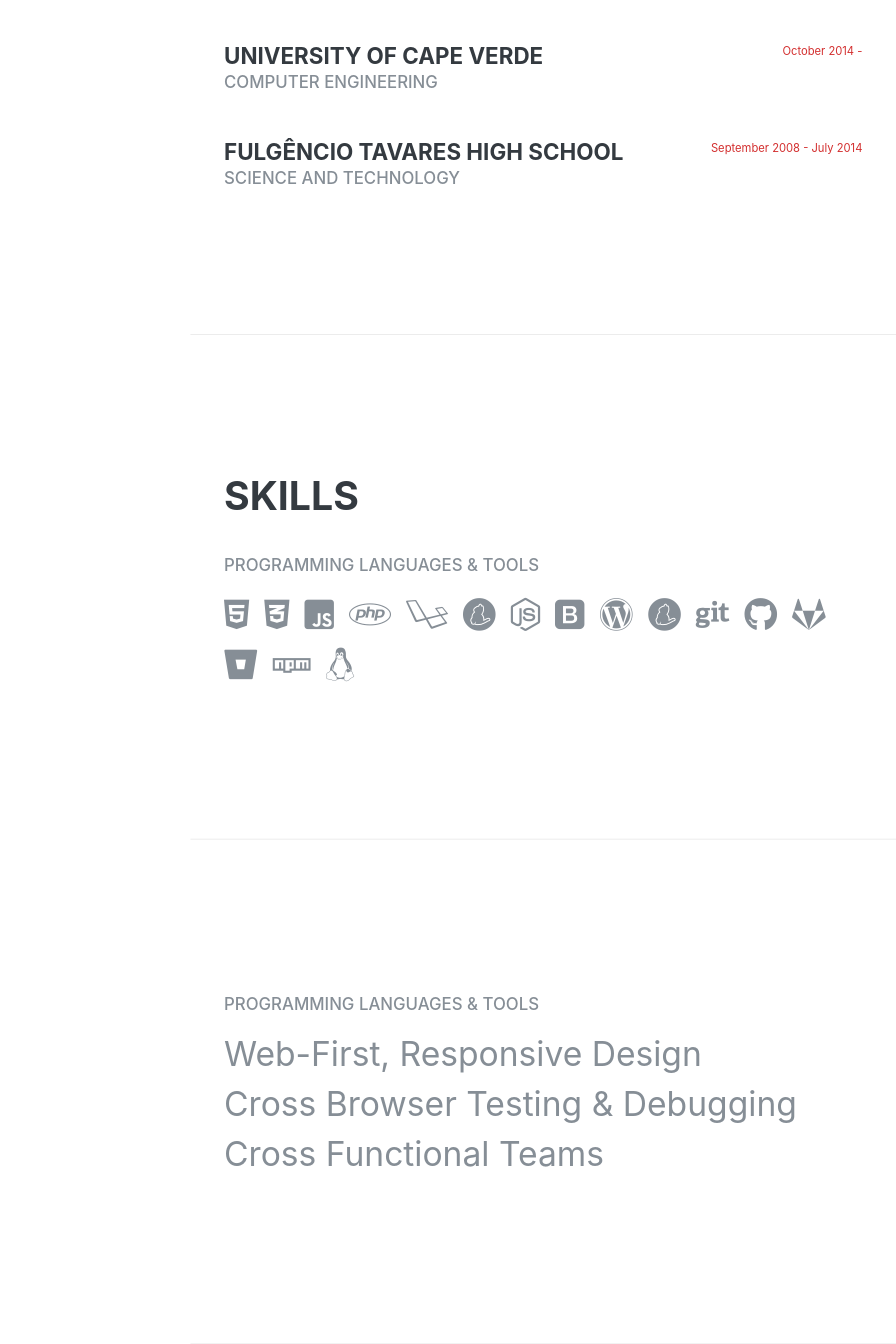
Repository: kcfurtado/kcfurtado.github.io
Page: index.html
The author's editor kept a copy of each file at every save. The page is drawn from the files as they stood at one save, then again after the next save.
The browser window is 1280 px wide. The pictures show the part of the page from y = 1923 to 3843 px (the page is 3843 px tall), at 70% of full size.
Some web fonts or font styles are not loaded; a fallback is used.

Above is the page before, as saved 2020-04-04 12:11:50.

After the next save:
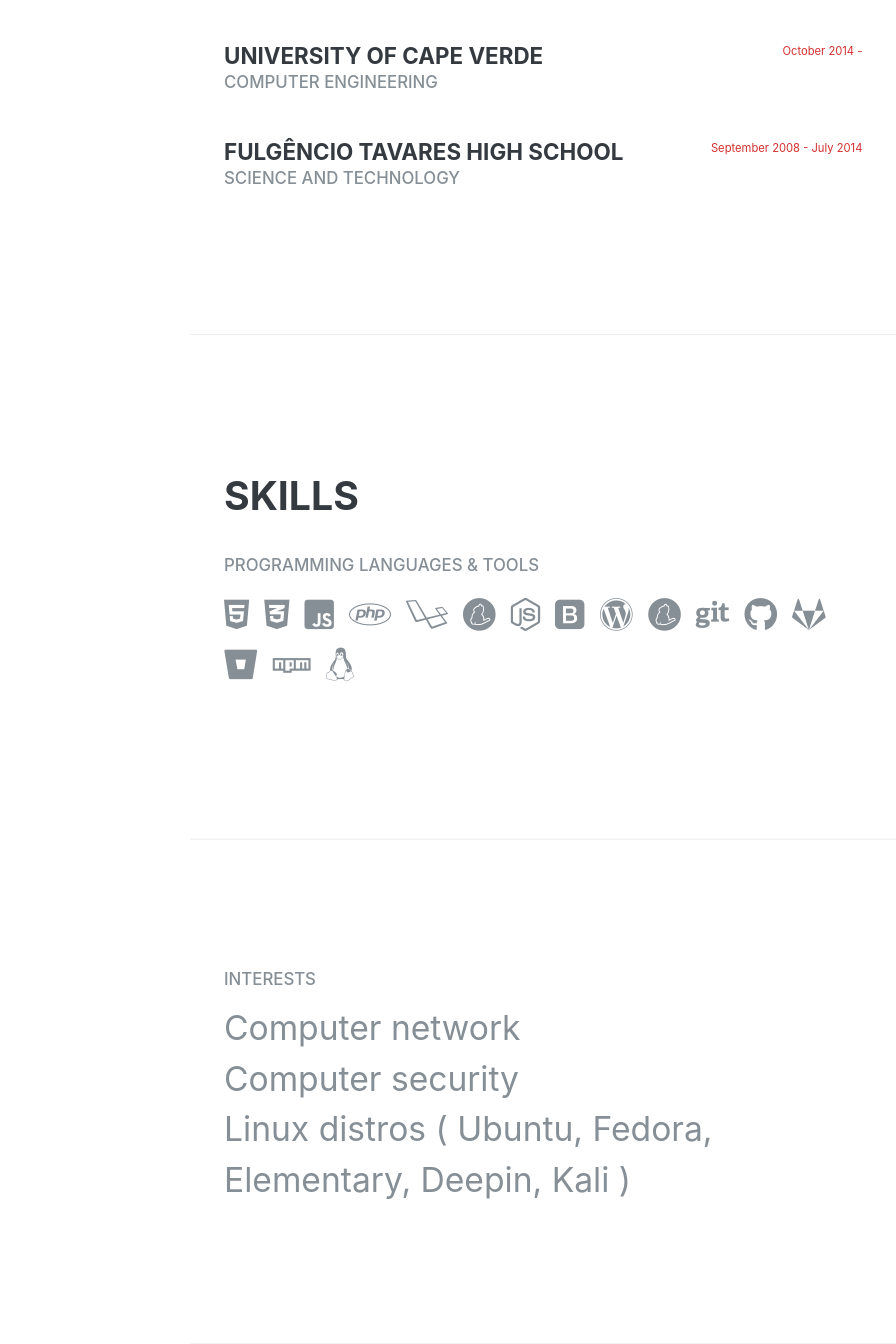
Saved 21 min 30 s later.
--- a/index.html
+++ b/index.html
@@ -261,17 +261,17 @@
 
     <section class="resume-section p-3 p-lg-5 d-flex align-items-center" id="interests">
       <div class="w-100">
-        <div class="subheading mb-3">Programming Languages &amp; Tools</div>
+        <div class="subheading mb-3">Interests</div>
         <ul class="list-inline dev-icons">
           <li>
-            <i class="fa-li fa fa-check"></i>
-            Web-First, Responsive Design</li>
-          <li>
-            <i class="fa-li fa fa-check"></i>
-            Cross Browser Testing &amp; Debugging</li>
-          <li>
-            <i class="fa-li fa fa-check"></i>
-            Cross Functional Teams</li>
+            <i class="fa-li fa fa-check"></i>  Computer network
+          </li>
+          <li>
+            <i class="fa-li fa fa-check"></i> Computer security
+          </li>
+          <li>
+            <i class="fa-li fa fa-check"></i>Linux distros ( Ubuntu, Fedora, Elementary, Deepin, Kali )
+          </li>
         </ul>
 
 
